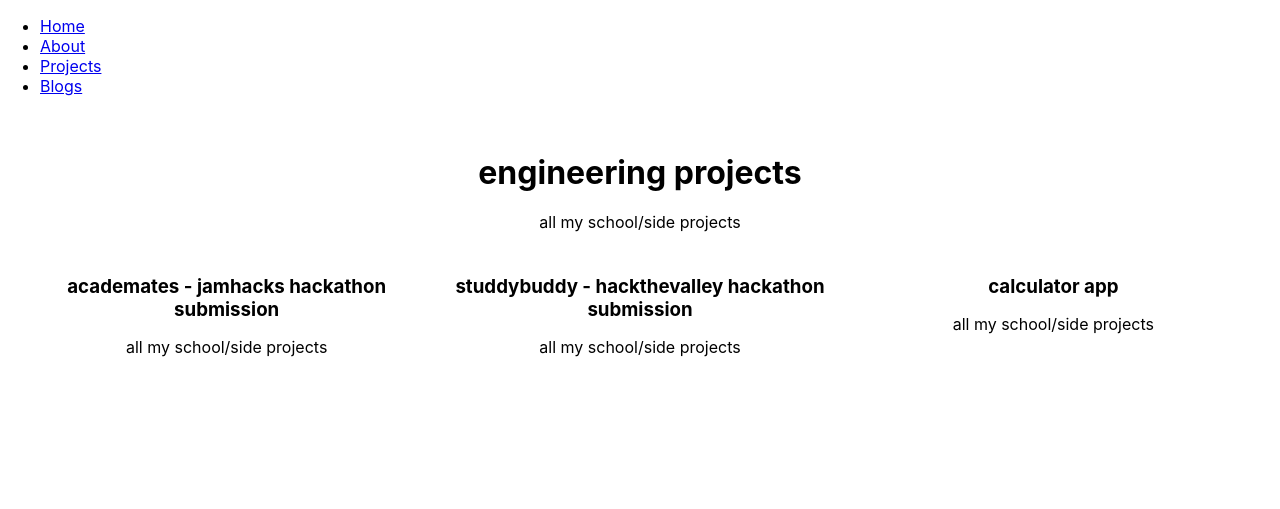
Repository: nicholaschen09/personalWebsite
Page: /projects/engineering
An editor plug-in stored every save of this project. The page is shown before and after the next save, followed by the edit.
The browser window is 1280 px wide. The pictures show the whole page.
The project was rebuilt for these pictures with package versions that can differ from the ones it lists, and the page was loaded fresh each time. Also part of the build but not shown: src/components/About.css, src/components/About.js, src/components/Home.js, src/components/Projects.css, src/components/Projects.js, src/components/Blog.css, src/components/Blog.js, src/components/Miscellaneous.css and 3 more.

Above is the page before, as saved 2024-07-18 08:46:39.

### src/App.js
import React from 'react';
import { BrowserRouter as Router, Route, Routes, Link } from 'react-router-dom';
import About from './components/About.js';
import Home from './components/Home.js';
import Projects from './components/Projects.js';
import Blog from './components/Blog.js';
import Miscellaneous from './components/Miscellaneous.js';
import Design from './components/Design.js';
import Engineering from './components/Engineering.js';

function App() {
  return (
    <Router>
      <div>
        <nav>
          <ul>
            <li>
              <Link to="/">Home</Link>
            </li>
            <li>
              <Link to="/about">About</Link>
            </li>
            <li>
              <Link to="/projects">Projects</Link>
            </li>
            <li>
              <Link to="/blogs">Blogs</Link>
            </li>
          </ul>
        </nav>

        <Routes>
          <Route path="/about" element={<About />} />
          <Route path="/" element={<Home />} />
          <Route path="/projects" element={<Projects />} />
          <Route path="/blogs" element={<Blog />} />
          <Route path="/projects/miscellaneous" element={<Miscellaneous />} />
          <Route path="/projects/design" element={<Design />} />
          <Route path="/projects/engineering" element={<Engineering />} />
        </Routes>
      </div>
    </Router>
  );
}

export default App;

### src/components/Engineering.js
import React from 'react';
import './Engineering.css';

const Engineering = () => {
    return (
        <div className="engineering">
            <h1>engineering projects</h1>
            <p>all my school/side projects</p>
            <div className="projects-container">
                <div className="project academates">
                    <h3>academates - jamhacks hackathon submission</h3>
                    <p>all my school/side projects</p>
                </div>
                <div className="project studdybuddy">
                    <h3>studdybuddy - hackthevalley hackathon submission</h3>
                    <p>all my school/side projects</p>
                </div>
                <div className="project calculator">
                    <h3>calculator app</h3>
                    <p>all my school/side projects</p>
                </div>
            </div>
        </div>
    );
};

export default Engineering;

### src/components/Home.css
/* src/components/Home/Home.css */
.home {
    text-align: center;
    padding: 100px;
    width: 700px;
    margin-left: auto;
    margin-right: auto;
}
.DinnerImage {
    width: 70%;
    height: 70%;
    margin-left: auto;
    margin-right: auto;
    display: block;
}
p {
    line-height: 1;
}

### src/components/Engineering.css
.engineering {
    text-align: center;
    padding: 20px;
}

.projects-container {
    display: flex;
    justify-content: space-between;
    flex-wrap: wrap;
}

.project {
    width: calc(33.333% - 20px);
    margin: 10px;

}

Loaded but not shown: public/index.html (common file); src/index.js (common file); src/index.css (common file); src/reportWebVitals.js (common file)

After the next save:
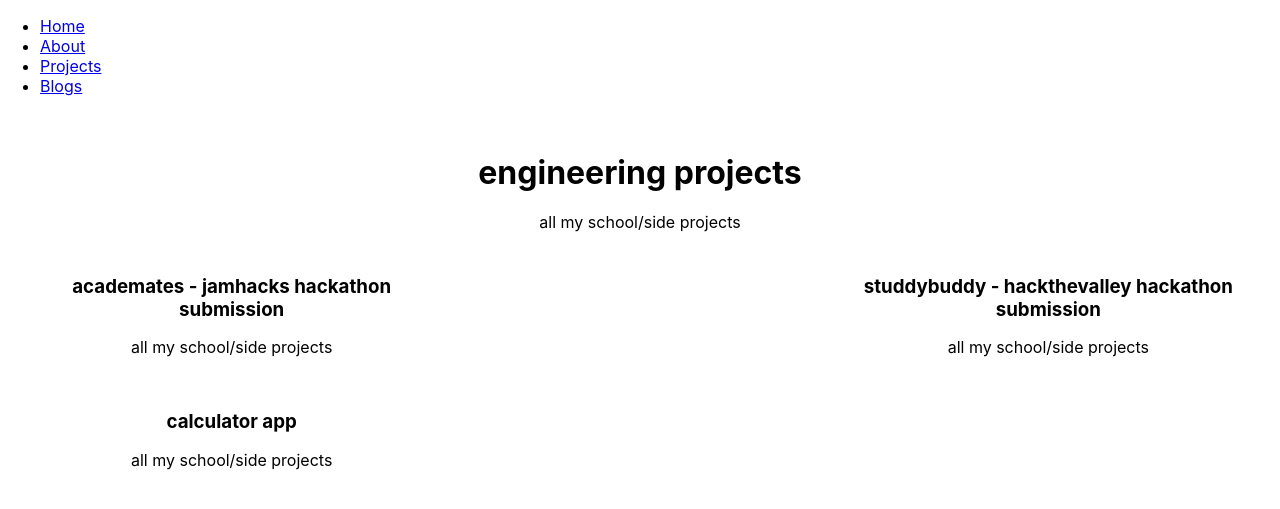
Saved 9 s later.
--- a/src/components/Engineering.css
+++ b/src/components/Engineering.css
@@ -10,7 +10,7 @@
 }
 
 .project {
-    width: calc(33.333% - 20px);
+    width: calc(33.333% - 10px);
     margin: 10px;
 
 }

After the save that followed:
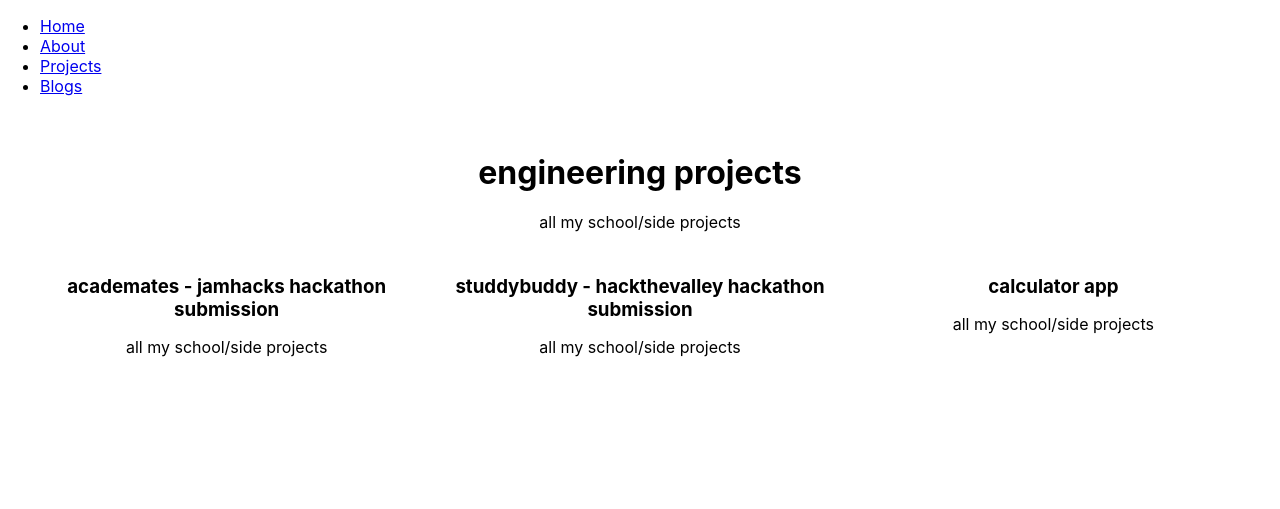
Saved 4 s later.
--- a/src/components/Engineering.css
+++ b/src/components/Engineering.css
@@ -10,7 +10,7 @@
 }
 
 .project {
-    width: calc(33.333% - 10px);
+    width: calc(33.333% - 20px);
     margin: 10px;
 
 }
